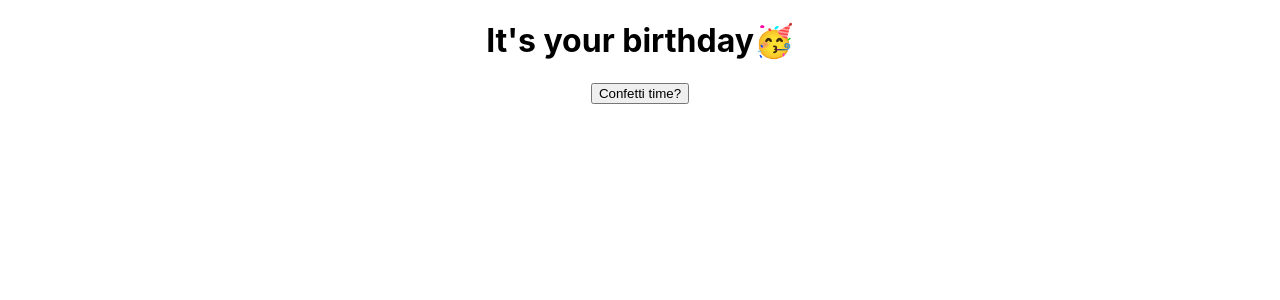
Repository: David-Waite/HannahsBirthdayWebsite
Page: /
An editor plug-in stored every save of this project. The page is shown before and after the next save, followed by the edit.
The browser window is 1280 px wide. The pictures show the whole page.
The project was rebuilt for these pictures with package versions that can differ from the ones it lists, and the page was loaded fresh each time.

Above is the page before, as saved 2023-03-30 17:00:55.

After the next save:
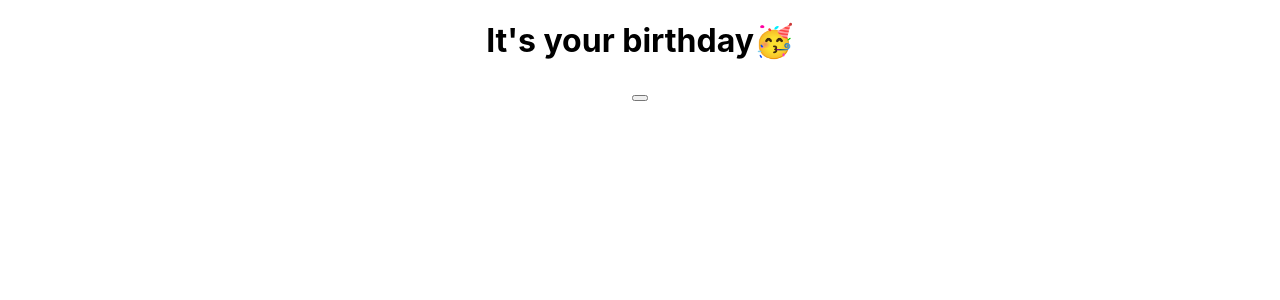
Saved 8 s later.
--- a/src/App.js
+++ b/src/App.js
@@ -20,9 +20,7 @@ function App() {
     <div className="App">
       {confetti && <Confetti />}
       <h1>It's your birthday🥳</h1>
-      <button onClick={rainConfetti}>
-        {confetti ? "Yes" : "Confetti time?"}
-      </button>
+      <button onClick={rainConfetti}>{buttonText}</button>
     </div>
   );
 }
